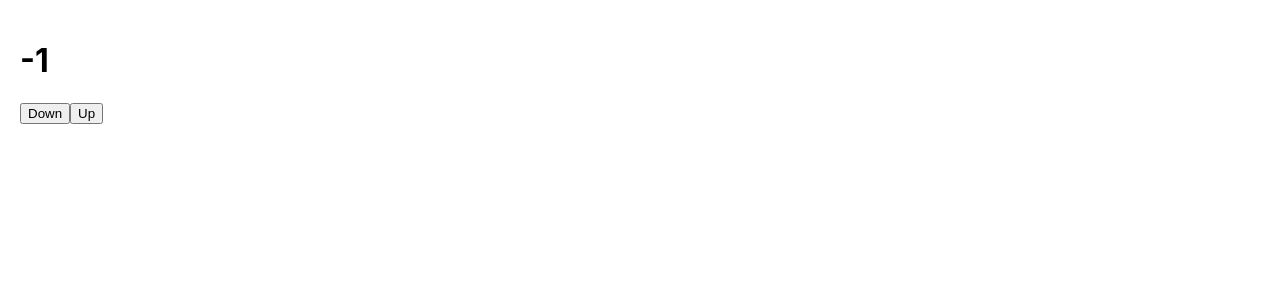
Repository: ducthanglinh/tiktok-clone
Page: /, after clicking the first element matching `button`
These files come from the project's save history. The page is drawn as it stood at one moment and after a run of saves; the edit follows.
The browser window is 1280 px wide. The pictures show the whole page.
The project was rebuilt for these pictures with package versions that can differ from the ones it lists, and the page was loaded fresh each time. Also part of the build but not shown: src/Content.js.

Above is the page before, as saved 2022-09-30 13:40:16.

After the next 2 saves:
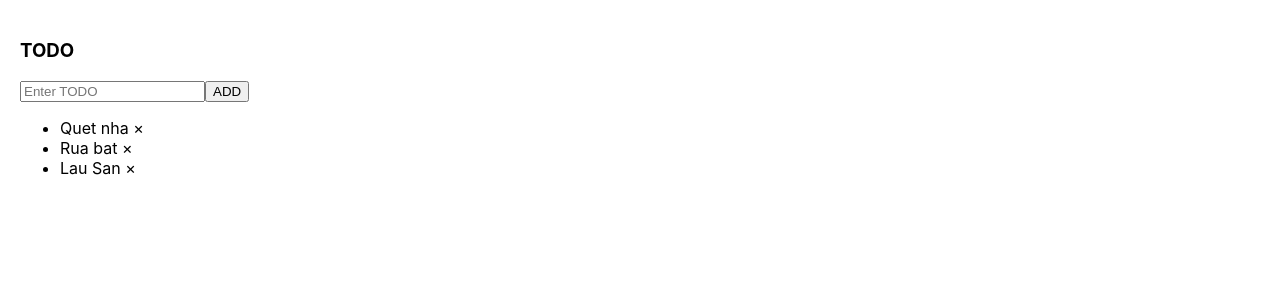
The 2 saves are shown as one change because 1 did not build or start.
The last was saved 4 min 15 s later.
--- a/src/App.js
+++ b/src/App.js
@@ -1,28 +1,17 @@
 import { useReducer, useState } from "react";
 import Content from "./Content";
 
-const initState = 0;
-const UP_ACTION = "up";
-const DOWN_ACTION = "down";
-const reducer = (state, action) => {
-  switch (action) {
-    case UP_ACTION:
-      return state + 1;
-    case DOWN_ACTION:
-      return state - 1;
-
-    default:
-      return new Error("Invalid Action");
-  }
-};
 function App() {
-  const [count, dispath] = useReducer(reducer, initState);
   return (
     <div style={{ padding: 20 }}>
-      <h1>{count}</h1>
-
-      <button onClick={() => dispath(DOWN_ACTION)}>Down</button>
-      <button onClick={() => dispath(UP_ACTION)}>Up</button>
+      <h3>TODO</h3>
+      <input placeholder="Enter TODO"></input>
+      <button>ADD</button>
+      <ul>
+        <li>Quet nha &times;</li>
+        <li>Rua bat &times;</li>
+        <li>Lau San &times;</li>
+      </ul>
     </div>
   );
 }
